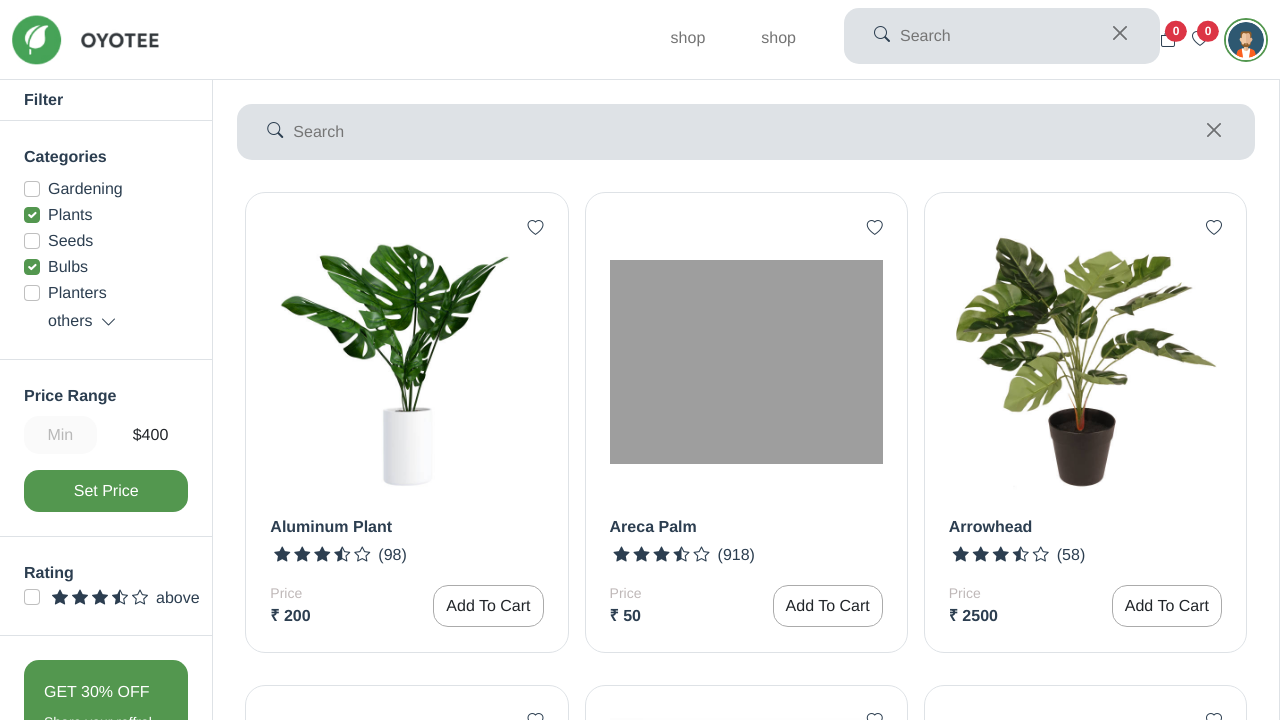
Repository: arpitaWebD/PlantShopping
Page: /
The author's editor kept a copy of each file at every save. The page is drawn from the files as they stood at one save, then again after the next save.
The browser window is 1280 px wide. The pictures show the whole page.
Pictures or frames that could not be fetched are drawn as grey boxes. An inner scrolling area shows only its first screen. Some web libraries are served in a nearby version. The project was rebuilt for these pictures with package versions that can differ from the ones it lists, and the page was loaded fresh each time. Also part of the build but not shown: src/components/ProductPreview.vue, src/views/AddToCart.vue, src/views/WishList.vue, src/components/Login.vue.

Above is the page before, as saved 2022-01-24 17:58:54.

After the next save:
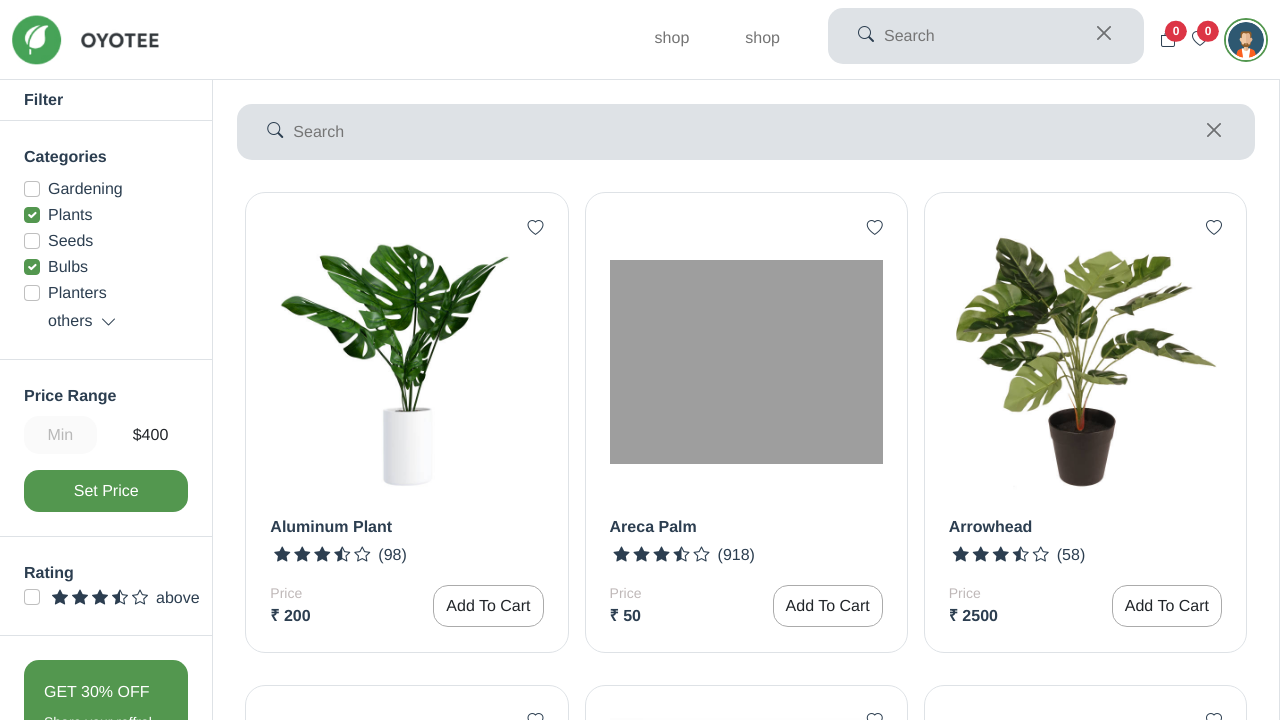
Saved 17 s later.
--- a/src/components/Navbar.vue
+++ b/src/components/Navbar.vue
@@ -40,7 +40,7 @@
         </div>
         <div class="d-flex justify-content-center align-items-center">
           <Search :searchItem="searchItem" :filterProduct="filterProduct" />
-          <div class="dropdown ml-3">
+          <div class="dropdown ms-3">
             <router-link :to="{ name: 'AddCart' }">
               <div class="me-3 cart-icon">
                 <i class="bi bi-bag fa-2x"></i>
